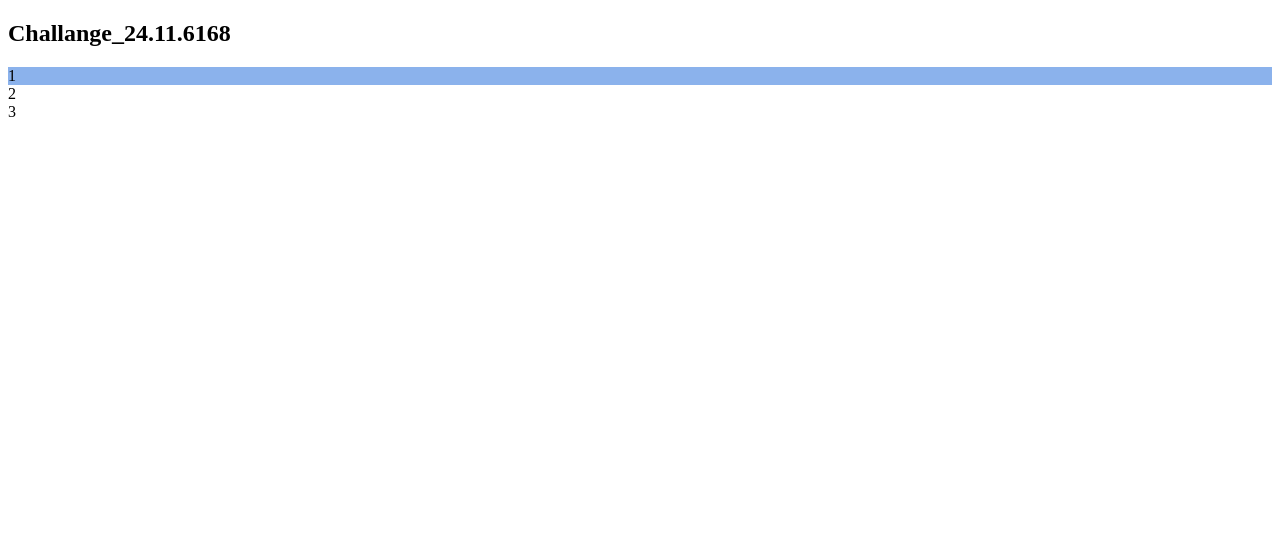
Repository: Ms-Ulfiyahrustam/p5_pemogramanweb
Page: index.html
An editor plug-in stored every save of this project. The page is shown before and after the next save, followed by the edit.
The browser window is 1280 px wide. The pictures show the whole page.

Above is the page before, as saved 2026-04-27 09:05:20.

After the next save:
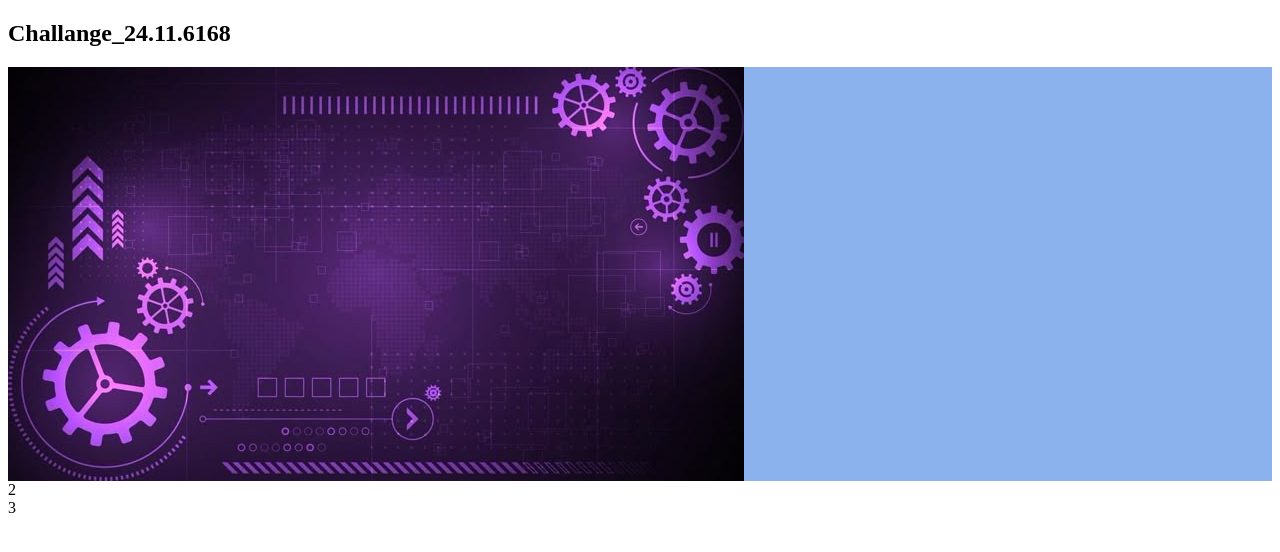
Saved 3 min 16 s later.
--- a/index.html
+++ b/index.html
@@ -8,7 +8,9 @@
 </head>
 <body class="">
     <h2>Challange_24.11.6168</h2>
-    <div class="flex-container">1</div>
+    <div class="flex-container">
+        <img src="download.jpg" alt="">
+    </div>
     <div>2</div>
     <div>3</div>
 </body>
